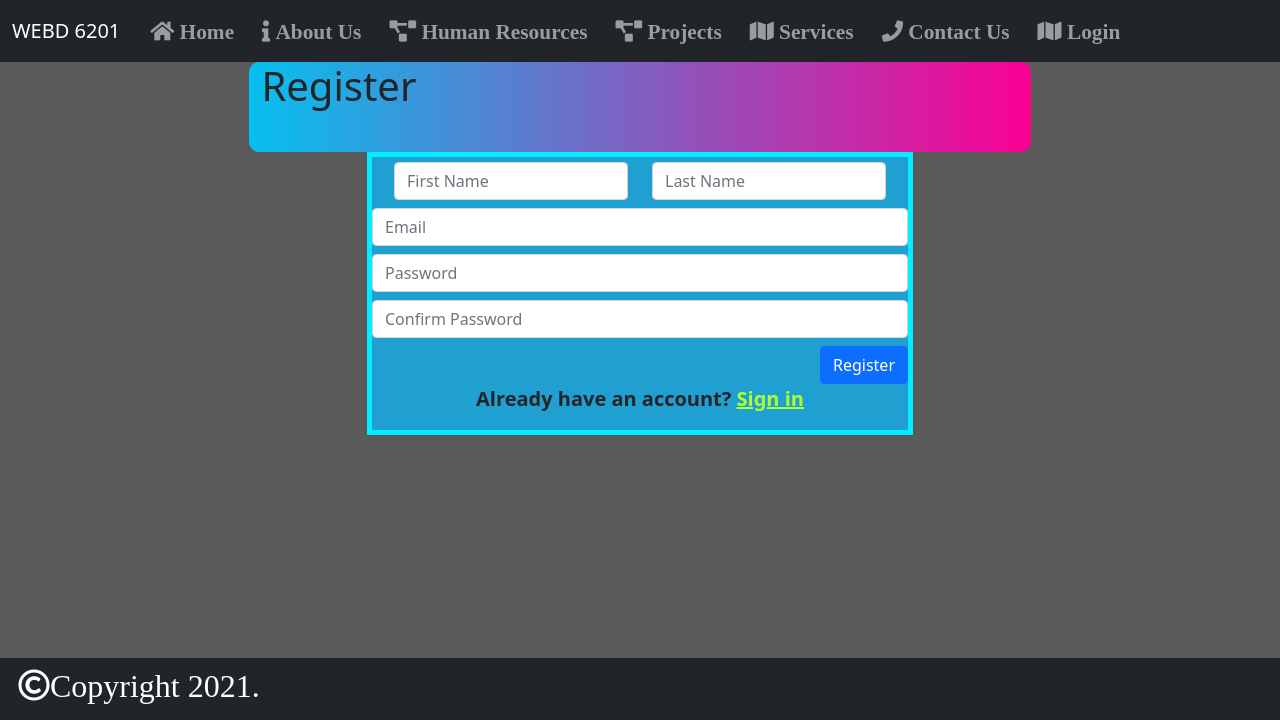
Repository: vans12345678/WEBD6201-W2021-Lab2
Page: register.html
These files come from the project's save history. The page is drawn as it stood at one moment and after the next save; the edit follows.
The browser window is 1280 px wide. The pictures show the whole page.

Above is the page before, as saved 2021-03-06 18:20:50.

### register.html
<!DOCTYPE html>
<html lang="en">
<head>
    <meta charset="UTF-8">
    <meta name="viewport" content="width=device-width, initial-scale=1.0">
    <title>Register</title>
    <!-- CSS Section -->
    <link rel="stylesheet" href="./node_modules/bootstrap/dist/css/bootstrap.min.css">
    <link rel="stylesheet" href="./node_modules/@fortawesome/fontawesome-free/css/all.min.css">
    <link rel="stylesheet" href="./Content/app.css">
</head>
<body>
    <!-- Main Header -->
    <header>
        <!-- Main Navigation -->
        <nav class="navbar navbar-expand-lg navbar-dark bg-dark">
            <div class="container-fluid">
                <a id ="navHome" class="navbar-brand" href="index.html"></a>
                <button class="navbar-toggler" type="button" data-bs-toggle="collapse" data-bs-target="#navbarSupportedContent" aria-controls="navbarSupportedContent" aria-expanded="false" aria-label="Toggle navigation">
                  <span class="navbar-toggler-icon"></span>
                </button>
                <div class="collapse navbar-collapse" id="navbarSupportedContent">
                  <ul id = "ulNav" class="navbar-nav me-auto mb-2 mb-lg-0">
                    <li class="nav-item">
                      <a  class="nav-link" aria-current="page" href="index.html"><i id ="navIndex"class = "fas fa-home fa-lg"></i></a>
                    </li>
                  </li>
                  <li class="nav-item" id ="navAbout">
                    <a  class="nav-link " aria-current="page" href="about.html"><i id ="navAboutItem"class = "fas fa-info fa-lg"></i></a>
                  </li>
                  <li class="nav-item">
                    <a  class="nav-link" aria-current="page" href="projects.html"><i id ="navProjects" class ="fas fa-project-diagram fa-lg">Products</i></a>
                  </li>
                  <li class="nav-item">
                    <a  class="nav-link " aria-current="page" href="services.html"><i id ="navServices"class = "fas fa-map fa-lg"></i></a>
                  </li>
                  <li class="nav-item">
                    <a  class="nav-link " aria-current="page" href="contact.html"><i id ="navContact"class = "fas fa-phone fa-lg"></i></a>
                  </li>
                  <li class="nav-item" id="liLogin">
                    <a  class="nav-link" aria-current="page" href="login.html"><i  id ="navLogin" class = "fas fa-map fa-lg"></i></a>
                  </li>
                  </ul>
                </div>
              </div>
          </nav>
    </header>
<!-- Main Content -->
    <!-- Main Content -->
    <main class="container" id="mainContent">
        <h1 class = "container">Register</h1>
        <div class="row">
            <div class="offset-md-3 col-md-6 col-sm-12">
                  <div class="login" id="contentArea"></div>
                  <div id = "messageArea" class="hidden"></div>
                      <form class = "formBackground " id="registerForm">
                        <div class="form-group mb-2">
                          <div class="row inputMargin">
                            <div class="col-md-6">
                              <input class="form-control" type="text" id="firstName" placeholder="First Name" name="firstName" required = "required">
                            </div>
                            <div class="col-md-6">
                              <input class="form-control" type="text" name="lastName" id="lastName" placeholder="Last Name" required= "required">
                            </div>
                          </div>
                        </div>
                        <div class="form-group mb-2">
                          <div class="row">
                            <div class="col-md-12">
                              <input type="email" class="form-control" id="emailAddress" name="emailAddress"
                              value="" placeholder="Email"required= "required">
                            </div>
                          </div>
                        </div>
                        <div class="form-group mb-2">
                          <div class="row">
                            <div class="col-md-12">
                              <input type="password" class="form-control" id="password" name="password"
                              value="" placeholder="Password"required= "required">
                            </div>
                          </div>
                        </div>
                        <div class="form-group mb-2">
                          <div class="row">
                            <div class="col-md-12">
                              <input type="password" class="form-control" id="confirmPassword" name="confirmPassword"
                              value="" placeholder="Confirm Password" required= "required">
                            </div>
                          </div>
                        </div>
                        <div class="text-end">
                          <button id="registerButton" type="button" class="btn btn-primary btn-md buttonMargin">Register</button>
                        </div>
                        <p class="text-center fs-5 fw-bold">
                        Already have an account?
                        <a href="login.html">Sign in</a>
                        </p>
                      </form>
                  </div>
            </div>
        </div>
    </main>

<!-- Main Footer -->
<footer>
    <nav class="navbar fixed-bottom navbar-dark bg-dark">
        <div class="container-fluid">
            <h4><i id = "footer" class="far fa-copyright fa-lg site-footer"></i></h4>
        </div>
      </nav>
</footer>
<!-- Script Section -->
<script src="./node_modules/jquery/dist/jquery.min.js"></script>
<script src="./node_modules/bootstrap/dist/js/bootstrap.bundle.min.js"></script>
<script src="./Scripts/namespace.js"></script>
<script src="./Scripts/app.js"></script>
</body>
</html>

### Content/app.css
/* custom css goes here */
.Vapor {
    background-image: url('../images/vapor.jpg');
    background-repeat: no-repeat;
    background-attachment: fixed;
    background-size: 100% 100%;
  }
  a {
    color: greenyellow;
  }
  .textFont
  {
    font-family: Arial, Helvetica, sans-serif;
    line-height: 32px;
  }
  body
  {
    background-color: rgb(90, 90, 90);
  }
  h1.container{
    border-radius: 10px;
    width: 70%;
    height: 90px;
    margin: 0px auto;
    background: linear-gradient(90deg,#06bfee,#fb0093)
  }
  h1.projects{
    background-color: white;
  }
  .contact-table{
    width: 100%;
    margin:  50px auto;
    background-color: white;
  }
  .contact-form
  {
    width: 100%;
    margin:  100px auto;
  }
  .warnMessage
  {
    width: 90%;
    margin:  50px;
  }
  .site-footer {
    color:white;
  }
  .formMargin
  {
    margin: 35px 70px;
  }
  .inputMargin
  {
    margin: 5px 10px;
  }
  .formBackground
  {
    background-color: rgba(20, 174, 235, 0.822);
    border: 5px solid rgb(0, 238, 255);

  }
  i{
    margin:7px 6px;
  }

### Scripts/namespace.js
//Namespace core
let core;

Loaded but not shown: node_modules/bootstrap/dist/css/bootstrap.min.css (library); node_modules/@fortawesome/fontawesome-free/css/all.min.css (library); node_modules/jquery/dist/jquery.min.js (library); node_modules/bootstrap/dist/js/bootstrap.bundle.min.js (library); Scripts/app.js (639 lines, source omitted)

After the next save:
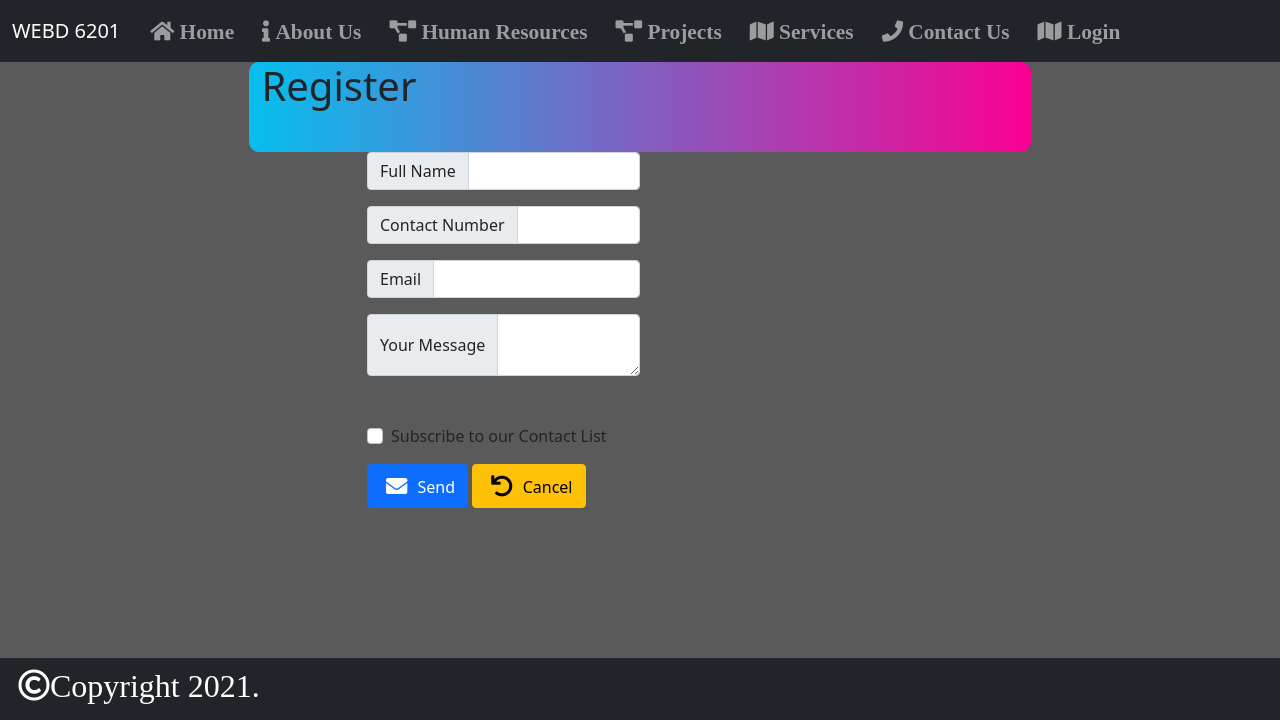
Saved 5 min 12 s later.
--- a/register.html
+++ b/register.html
@@ -53,49 +53,40 @@
             <div class="offset-md-3 col-md-6 col-sm-12">
                   <div class="login" id="contentArea"></div>
                   <div id = "messageArea" class="hidden"></div>
-                      <form class = "formBackground " id="registerForm">
-                        <div class="form-group mb-2">
-                          <div class="row inputMargin">
-                            <div class="col-md-6">
-                              <input class="form-control" type="text" id="firstName" placeholder="First Name" name="firstName" required = "required">
-                            </div>
-                            <div class="col-md-6">
-                              <input class="form-control" type="text" name="lastName" id="lastName" placeholder="Last Name" required= "required">
-                            </div>
-                          </div>
-                        </div>
-                        <div class="form-group mb-2">
-                          <div class="row">
-                            <div class="col-md-12">
-                              <input type="email" class="form-control" id="emailAddress" name="emailAddress"
-                              value="" placeholder="Email"required= "required">
-                            </div>
-                          </div>
-                        </div>
-                        <div class="form-group mb-2">
-                          <div class="row">
-                            <div class="col-md-12">
-                              <input type="password" class="form-control" id="password" name="password"
-                              value="" placeholder="Password"required= "required">
-                            </div>
-                          </div>
-                        </div>
-                        <div class="form-group mb-2">
-                          <div class="row">
-                            <div class="col-md-12">
-                              <input type="password" class="form-control" id="confirmPassword" name="confirmPassword"
-                              value="" placeholder="Confirm Password" required= "required">
-                            </div>
-                          </div>
-                        </div>
-                        <div class="text-end">
-                          <button id="registerButton" type="button" class="btn btn-primary btn-md buttonMargin">Register</button>
-                        </div>
-                        <p class="text-center fs-5 fw-bold">
-                        Already have an account?
-                        <a href="login.html">Sign in</a>
-                        </p>
-                      </form>
+                  <form class="col-lg-6 col-md-10 col-sm-10">
+
+                    <div class="input-group mb-3">
+                      <span class="input-group-text" id="inputGroup-sizing-default">Full Name </span>
+                      <input id="fullName" type="text" class="form-control" aria-label="Full Name" aria-describedby="Full Name Input"
+                      name="fullName" required>
+                    </div>
+
+                    <div class="input-group mb-3">
+                      <span class="input-group-text" id="inputGroup-sizing-default">Contact Number</span>
+                      <input id="contactNumber" type="tel" class="form-control" aria-label="Contact Number" aria-describedby="Contact Number Input"
+                      name="contactNumber" required>
+                    </div>
+
+                    <div class="input-group mb-3">
+                      <span class="input-group-text" id="inputGroup-sizing-default">Email</span>
+                      <input id="emailAddress" type="email" class="form-control" aria-label="Email Address" aria-describedby="Email Address Input"
+                      name="emailAddress" required>
+                    </div>
+
+                    <div class="input-group mb-3">
+                      <span class="input-group-text">Your Message</span>
+                      <textarea id="message" class="form-control" aria-label="With textarea" required></textarea>
+                    </div>
+
+                  <div class = "form-check mt-5 mb-3">
+                    <!-- <span class="input-group-text" id="inputGroup-sizing-default">Subscribe</span> -->
+                    <input id="subscribeCheckBox" name="subscribeCheckBox"class="form-check-input" type="checkbox" value="">
+                    <label class="form-check-label" for="flexCheckChecked"> Subscribe to our Contact List</label>
+                  </div>
+
+                    <button id="sendButton" type="submit" class="btn btn-primary"><i class="fas fa-envelope fa-lg"></i> Send</button>
+                    <button id="cancelButton" type="reset" class="btn btn-warning"><i class="fas fa-undo fa-lg"></i> Cancel</button>
+                  </form>
                   </div>
             </div>
         </div>
